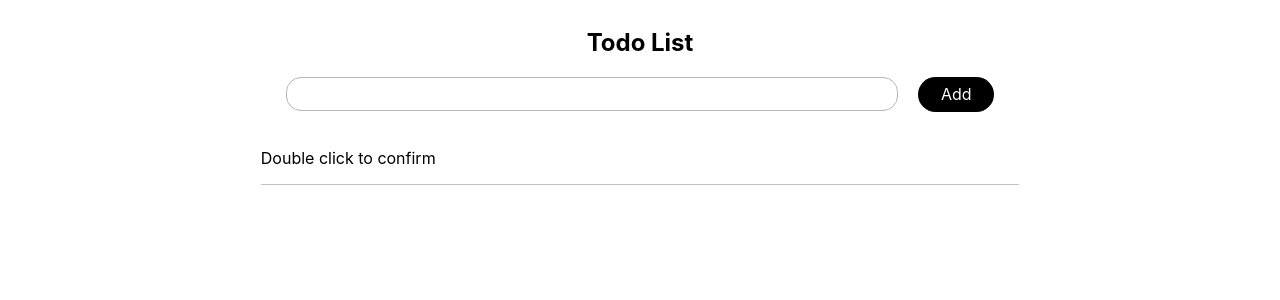
Repository: irenewuu/comp4130_checklist
Page: index.html
The author's editor kept a copy of each file at every save. The page is drawn from the files as they stood at one save, then again after the next save.
The browser window is 1280 px wide. The pictures show the whole page.

Above is the page before, as saved 2022-01-12 15:26:06.

After the next save:
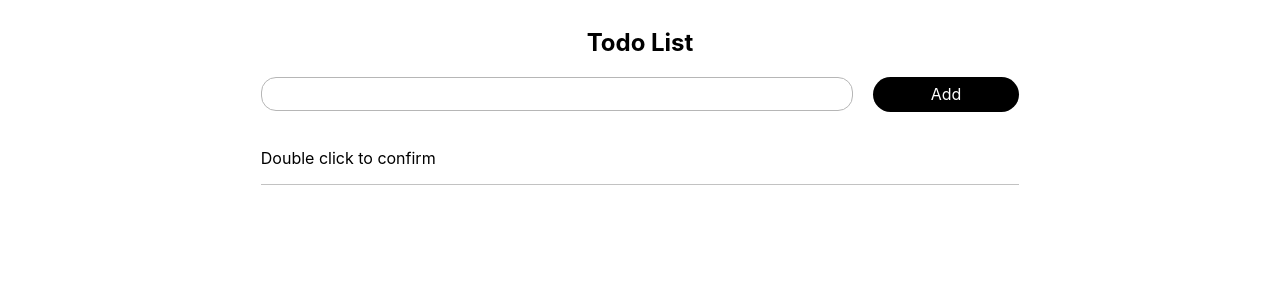
Saved 9 s later.
--- a/style.css
+++ b/style.css
@@ -28,7 +28,7 @@ form > span {
   border: 1px solid rgb(182, 182, 182);
 }
 .btn {
-  width: 10%;
+  width: 20%;
   height: 35px;
   border-radius: 20px;
   margin-left: 20px;
